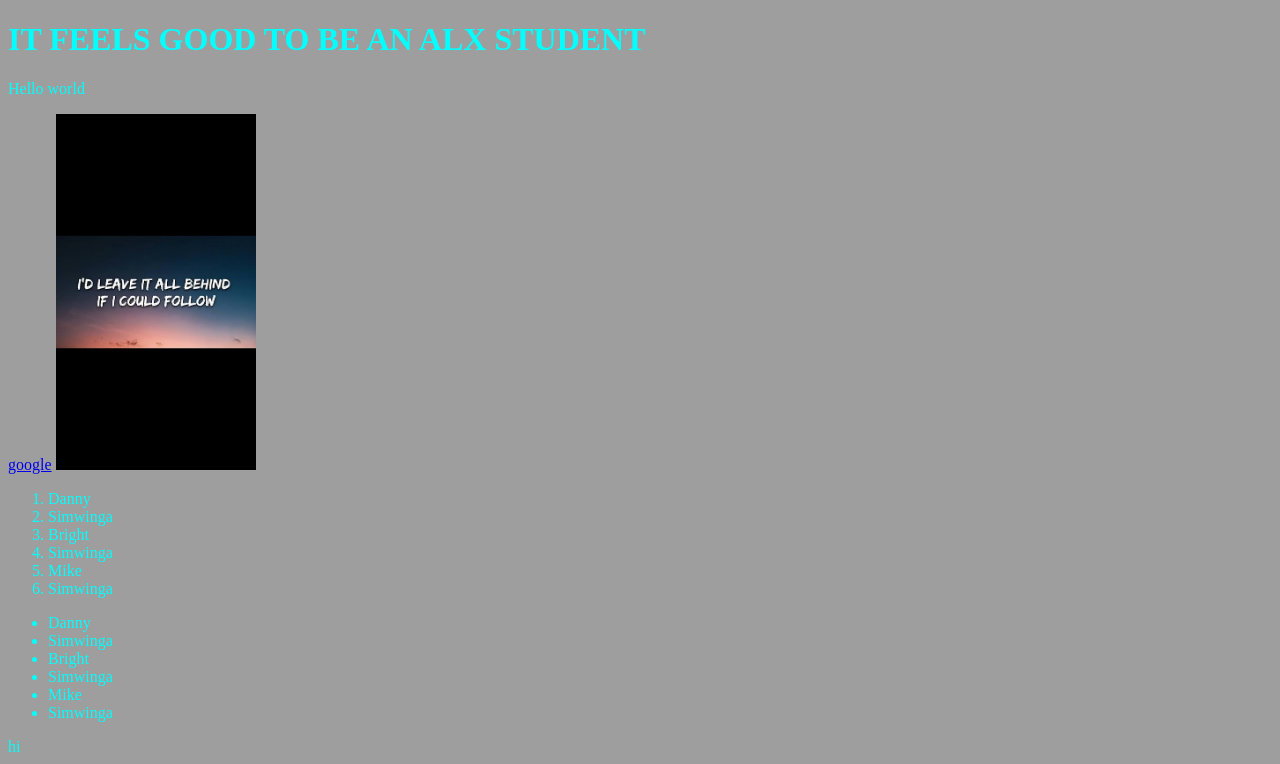
Repository: dannysimw/alx_tools_intro
Page: html/index.html
These files come from the project's save history. The page is drawn as it stood at one moment and after the next save; the edit follows.
The browser window is 1280 px wide. The pictures show the whole page.

Above is the page before, as saved 2023-07-01 23:25:05.

After the next save:
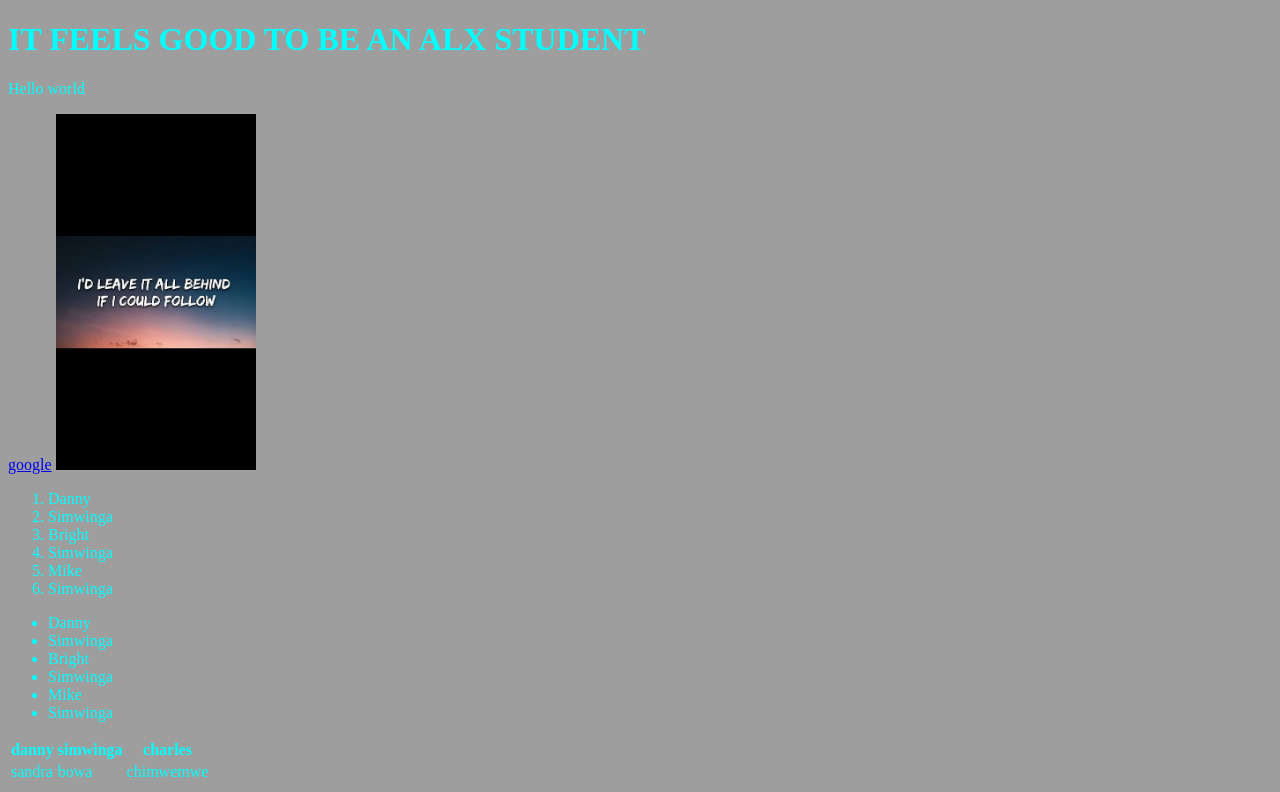
Saved 5 min 18 s later.
--- a/html/index.html
+++ b/html/index.html
@@ -28,9 +28,16 @@
     </ul>
 
     <table>
-        <thead>
-            <tr>hi</tr>
-        </thead>
+        <tr>
+            <th>danny</th>
+            <th>simwinga</th>
+            <th>charles</th>
+        </tr>
+        <tr>
+            <td>sandra</td>
+            <td>bowa</td>
+            <td>chimwemwe</td>
+        </tr>
     </table>
 </body>
 </html>
